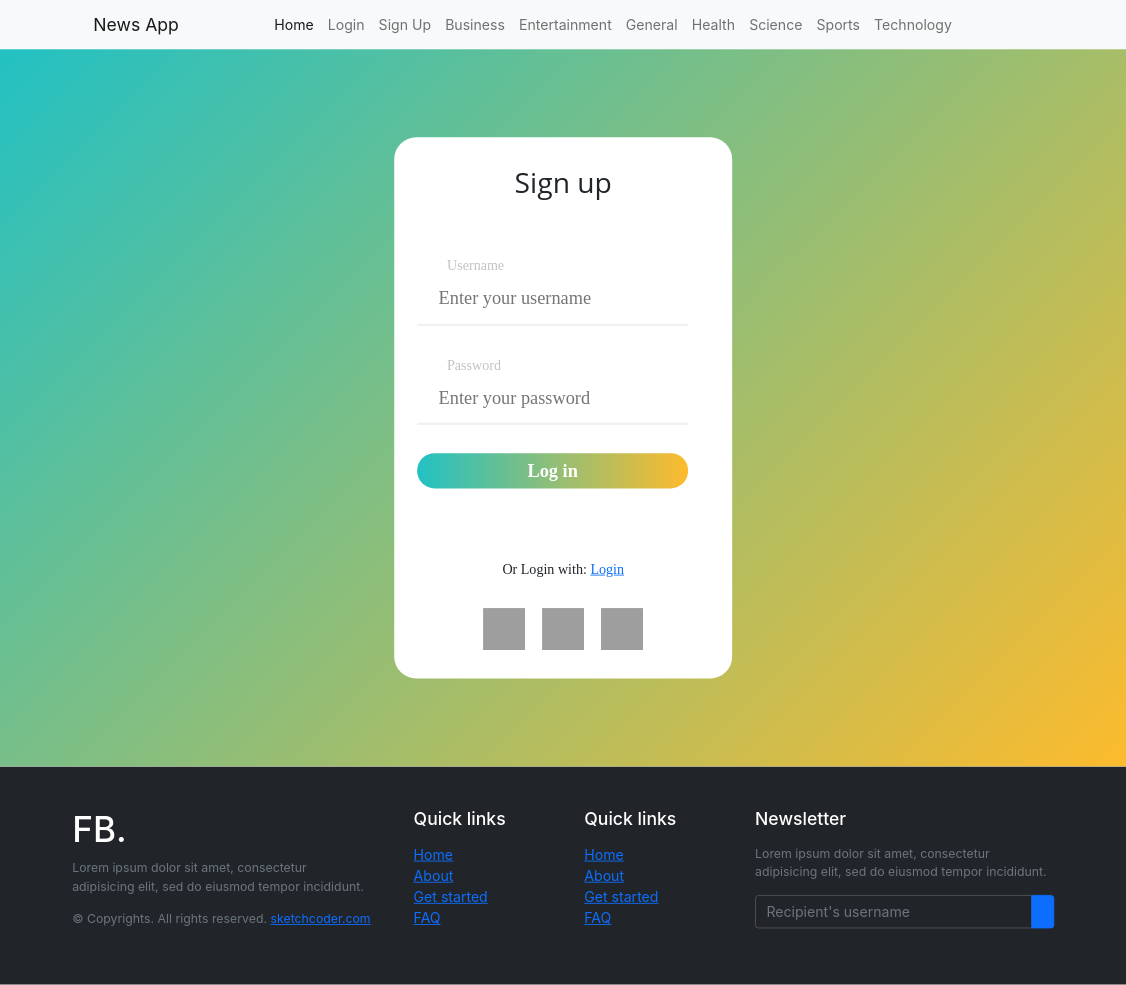
Repository: ZainAkbar51214/News-Site
Page: /sign-up
These files come from the project's save history. The page is drawn as it stood at one moment and after the next save; the edit follows.
The browser window is 1280 px wide. The pictures show the whole page, at 88% of full size.
Pictures or frames that could not be fetched are drawn as grey boxes. The project was rebuilt for these pictures with package versions that can differ from the ones it lists, and the page was loaded fresh each time. Also part of the build but not shown: src/Components/pages/Login.jsx, src/Components/Layouts/NewsItem.js, src/Components/Spinner.jsx, src/Components/Layouts/News.js.

Above is the page before, as saved 2023-12-18 03:57:50.

### public/index.html
<!DOCTYPE html>
<html lang="en">
  <head>
    <meta charset="utf-8" />
    <link rel="icon" href="%PUBLIC_URL%/favicon.ico" />
    <meta name="viewport" content="width=device-width, initial-scale=1" />
    <meta name="theme-color" content="#000000" />
    <meta
      name="description"
      content="Web site created using create-react-app"
    />
    <link rel="apple-touch-icon" href="%PUBLIC_URL%/logo192.png" />

    <link rel="manifest" href="%PUBLIC_URL%/manifest.json" />

    <title>News App</title>
    <!-- Bootstrap cdn -->
    <link href="https://cdn.jsdelivr.net/npm/bootstrap@5.0.2/dist/css/bootstrap.min.css" rel="stylesheet" integrity="sha384-EVSTQN3/azprG1Anm3QDgpJLIm9Nao0Yz1ztcQTwFspd3yD65VohhpuuCOmLASjC" crossorigin="anonymous">
  </head>
  <body>
    <noscript>You need to enable JavaScript to run this app.</noscript>
    <div id="root"></div>


    <!-- Bootstrap Script -->
    <script src="https://cdn.jsdelivr.net/npm/@popperjs/core@2.9.2/dist/umd/popper.min.js" integrity="sha384-IQsoLXl5PILFhosVNubq5LC7Qb9DXgDA9i+tQ8Zj3iwWAwPtgFTxbJ8NT4GN1R8p" crossorigin="anonymous"></script>
<script src="https://cdn.jsdelivr.net/npm/bootstrap@5.0.2/dist/js/bootstrap.min.js" integrity="sha384-cVKIPhGWiC2Al4u+LWgxfKTRIcfu0JTxR+EQDz/bgldoEyl4H0zUF0QKbrJ0EcQF" crossorigin="anonymous"></script>
  </body>
</html>

### src/App.js
import React from "react";
import {
  BrowserRouter as Router,
  Switch,
  Route
} from "react-router-dom";
import Navbar from './Components/Header/Navbar';
import Footer from './Components/Footer/Footer';
import Login from "./Components/pages/Login";
import SignUp from "./Components/pages/SignUp";
import News from "./Components/Layouts/News";

function App() {
  return (
    <Router>
      <Navbar />
        <Switch>
          <Route path="/" exact><News key="general" pageSize={5} country="in" category="general" /></Route>
          <Route path="/business" exact><News key="business" pageSize={5} country="in" category="business" /></Route>
          <Route path="/entertainment" exact><News key="entertainment" pageSize={5} country="in" category="entertainment" /></Route>
          <Route path="/health" exact><News key="health" pageSize={5} country="in" category="health" /></Route>
          <Route path="/science" exact><News key="science" pageSize={5} country="in" category="science" /></Route>
          <Route path="/sports" exact><News key="sports" pageSize={5} country="in" category="sports" /></Route>
          <Route path="/technology" exact><News key="technology" pageSize={5} country="in" category="technology" /></Route>
          <Route path="/login">
            <Login />
          </Route>
          <Route path="/sign-up">
            <SignUp />
          </Route>
        </Switch>
      <Footer />
  </Router>
  );
}

export default App;

### src/Components/Header/Navbar.jsx
import React, { Component } from 'react';
import { Link } from 'react-router-dom';

class Navbar extends Component {
    render() {
        return (
            <div>
                <div className="container-fluid bg-light">
                <div className="container">
                    <div className="row">
                        <div className="col-md-12">
                            <nav className="navbar navbar-expand-lg navbar-light">
                                <div className="container-fluid">
                                    <Link className="navbar-brand" to="/">News App</Link>
                                    <button className="navbar-toggler" type="button" data-bs-toggle="collapse" data-bs-target="#navbarSupportedContent" aria-controls="navbarSupportedContent" aria-expanded="false" aria-label="Toggle navigation">
                                        <span className="navbar-toggler-icon"></span>
                                    </button>
                                    <div className="collapse navbar-collapse" id="navbarSupportedContent">
                                        <ul className="navbar-nav mx-auto mb-2 mb-lg-0">
                                            <li className="nav-item">
                                                <Link className="nav-link active" aria-current="page" to="/">Home</Link>
                                            </li>
                                            <li className="nav-item">
                                                <Link className="nav-link" to="/login">Login</Link>
                                            </li>
                                            <li className="nav-item">
                                                <Link className="nav-link" to="/sign-up">Sign Up</Link>
                                            </li>
                                            <li className="nav-item">
                                                <Link className="nav-link" to="/business">Business</Link>
                                            </li>
                                            <li className="nav-item">
                                                <Link className="nav-link" to="/entertainment">Entertainment</Link>
                                            </li>
                                            <li className="nav-item">
                                                <Link className="nav-link" to="/">General</Link>
                                            </li>
                                            <li className="nav-item">
                                                <Link className="nav-link" to="/health">Health</Link>
                                            </li>
                                            <li className="nav-item">
                                                <Link className="nav-link" to="/science">Science</Link>
                                            </li>
                                            <li className="nav-item">
                                                <Link className="nav-link" to="/sports">Sports</Link>
                                            </li>
                                            <li className="nav-item">
                                                <Link className="nav-link" to="/technology">Technology</Link>
                                            </li>
                                        </ul>
                                    </div>
                                </div>
                            </nav>
                        </div>
                    </div>
                </div>
            </div>
            </div>
        );
    }
}

export default Navbar;

### src/Components/Footer/Footer.jsx
import React from "react";
import { Link } from "react-router-dom";
import '../Footer/Footer.css';

const Navbar = () => {
    return (
        <>
            <div className="d-flex flex-column h-100" style={{overflow: 'hidden'}}>
                {/* <!-- FOOTER --> */}
                <footer className="w-100 py-4 flex-shrink-0">
                    <div className="container py-4">
                        <div className="row gy-4 gx-5">
                            <div className="col-lg-4 col-md-6">
                                <h5 className="h1 text-white">FB.</h5>
                                <p className="small text-muted">Lorem ipsum dolor sit amet, consectetur adipisicing elit, sed do eiusmod tempor incididunt.</p>
                                <p className="small text-muted mb-0">&copy; Copyrights. All rights reserved. <Link className="text-primary" to="https://sketchcoder.com" target="_blank">sketchcoder.com</Link></p>
                            </div>
                            <div className="col-lg-2 col-md-6">
                                <h5 className="text-white mb-3">Quick links</h5>
                                <ul className="list-unstyled text-muted">
                                    <li><Link to="#">Home</Link></li>
                                    <li><Link to="#">About</Link></li>
                                    <li><Link to="#">Get started</Link></li>
                                    <li><Link to="#">FAQ</Link></li>
                                </ul>
                            </div>
                            <div className="col-lg-2 col-md-6">
                                <h5 className="text-white mb-3">Quick links</h5>
                                <ul className="list-unstyled text-muted">
                                    <li><Link to="#">Home</Link></li>
                                    <li><Link to="#">About</Link></li>
                                    <li><Link to="#">Get started</Link></li>
                                    <li><Link to="#">FAQ</Link></li>
                                </ul>
                            </div>
                            <div className="col-lg-4 col-md-6">
                                <h5 className="text-white mb-3">Newsletter</h5>
                                <p className="small text-muted">Lorem ipsum dolor sit amet, consectetur adipisicing elit, sed do eiusmod tempor incididunt.</p>
                                <form action="#">
                                    <div className="input-group mb-3">
                                        <input className="form-control" type="text" placeholder="Recipient's username" aria-label="Recipient's username" aria-describedby="button-addon2" />
                                        <button className="btn btn-primary" id="button-addon2" type="button"><i className="fas fa-paper-plane"></i></button>
                                    </div>
                                </form>
                            </div>
                        </div>
                    </div>
                </footer>
            </div>
        </>
    )
}

export default Navbar;

### src/Components/pages/SignUp.jsx
import React, { Component } from 'react';
import { Link } from 'react-router-dom';


class SignUp extends Component{
  render(){
    return(
      <div className='container-fluid bg-login'>
        <div id="loginform">
        <FormHeader title="Sign up" />
        <Form />
        <OtherMethods />
      </div>
      </div>
    )
  }
}

const FormHeader = props => (
    <h2 id="headerTitle">{props.title}</h2>
);


const Form = props => (
   <div>
     <FormInput description="Username" placeholder="Enter your username" type="text" />
     <FormInput description="Password" placeholder="Enter your password" type="password"/>
     <FormButton title="Log in"/>
   </div>
);

const FormButton = props => (
  <div id="button" className="row row-lab">
    <button>{props.title}</button>
  </div>
);

const FormInput = props => (
  <div className="row row-lab">
    <label>{props.description}</label>
    <input type={props.type} placeholder={props.placeholder}/>
  </div>
);

const OtherMethods = props => (
  <div id="alternativeLogin">
     <label>Or Login with: <Link to="/login">Login</Link></label>
    <div id="iconGroup">
      <Facebook />
      <Twitter />
      <Google />
    </div>
  </div>
);

const Facebook = props => (
  <a href="#" id="facebookIcon"></a>
);

const Twitter = props => (
  <a href="#" id="twitterIcon"></a>
);

const Google = props => (
  <a href="#" id="googleIcon"></a>
);



export default SignUp;

### src/Components/Footer/Footer.css
/* ==========================================
    FOR DEMO PURPOSE
  ========================================== */

  .text-small {
    font-size: 0.9rem;
  }

  .form-control {
    background: #212529;
    border-color: #545454;
  }

  .form-control:focus {
    background: #212529;
  }

  footer {
    background: #212529;
  }

### src/App.css
.App {
  text-align: center;
}

.App-logo {
  height: 40vmin;
  pointer-events: none;
}

@media (prefers-reduced-motion: no-preference) {
  .App-logo {
    animation: App-logo-spin infinite 20s linear;
  }
}

.App-header {
  background-color: #282c34;
  min-height: 100vh;
  display: flex;
  flex-direction: column;
  align-items: center;
  justify-content: center;
  font-size: calc(10px + 2vmin);
  color: white;
}

.App-link {
  color: #61dafb;
}

@keyframes App-logo-spin {
  from {
    transform: rotate(0deg);
  }
  to {
    transform: rotate(360deg);
  }
}

/* Login Css */
.bg-login{
  background: rgb(34,193,195);
  background: linear-gradient(135deg, rgba(34,193,195,1) 0%,     rgba(253,187,45,1) 100%);
  font-family: "work sans";
  padding: 100px 0;
  display: flex;
  justify-content: center;
}
#loginform{
  max-width: 500px;
  min-width: 300px;
  max-height: 700px;
  width: 30%;
  height: 60%;
  background-color: #FFFFFF;
  border-radius: 25px;
}

#headerTitle{
  text-align: center;
  font-family: 'open sans', sans-serif;
  padding: 2rem 0;
  margin: 0;
  font-size: 2rem;
}

.row-lab{
  display: flex;
  flex-direction: column;
  align-items: center;
  padding-top: 2rem;
  max-width: 100%;

}

.row-lab input{
  width: 80%;
  box-sizing: border-box;
	border: none;
  font-size: 1.3rem;
  padding-left: 1.5rem;
  padding-bottom: 1rem;
  box-shadow: inset 0px -3px 0px 0px rgba(187,187,187,0.2);
  transition: box-shadow 0.2s ease-in;
}

.row-lab input:focus{
   box-shadow: inset 0px -3px 0px 0px rgba(34,193,195,0.7);
   outline: none;
}

.row-lab input::-webkit-input-placeholder{
  opacity: 1;
  transition: opacity 0.25s ease-out;
}

.row-lab input:hover::-webkit-input-placeholder,
.row-lab input:focus::-webkit-input-placeholder{
  opacity: 0;
}

.row-lab label{
  align-self: start;
  padding-left: 4.5rem;
  padding-bottom: 0.5rem;
  color: rgba(187,187,187,0.9);
}

.row-lab button{
  border-radius: 25px;
  width: 80%;
  height: 40px;
  font-size: 1.3rem;
  color: white;
  font-weight: 700;
  background: rgb(34,193,195);
  background: linear-gradient(90deg, rgba(34,193,195,1) 0%,     rgba(253,187,45,1) 100%);
  border: 0px;
  cursor: pointer;
  transition: opacity 0.25s ease-out;
}

.row-lab button:hover{
  opacity: 0.8;
}

#button{
  padding-bottom: 1.5rem;
}

#facebookIcon{
  background-image:      url("https://image.flaticon.com/icons/svg/145/145802.svg");
  background-repeat: no-repeat;
  width: 3rem;
  height: 3rem;
}

#twitterIcon{
  background-image: url("https://image.flaticon.com/icons/svg/145/145812.svg");
  background-repeat: no-repeat;
  width: 3rem;
  height: 3rem;
}

#googleIcon{
  background-image: url("https://image.flaticon.com/icons/svg/145/145804.svg");
  background-repeat: no-repeat;
  width: 3rem;
  height: 3rem;
}

#iconGroup{
  display: flex;
  justify-content: center;
  padding: 2rem 0;
}

#iconGroup a{
  margin: 0 0.6rem;
}

#alternativeLogin {
   text-align: center;
   padding-top: 2rem;
   margin-top: 1.5rem;
}

Loaded but not shown: src/index.js (common file); src/index.css (common file); src/reportWebVitals.js (common file)

After the next save:
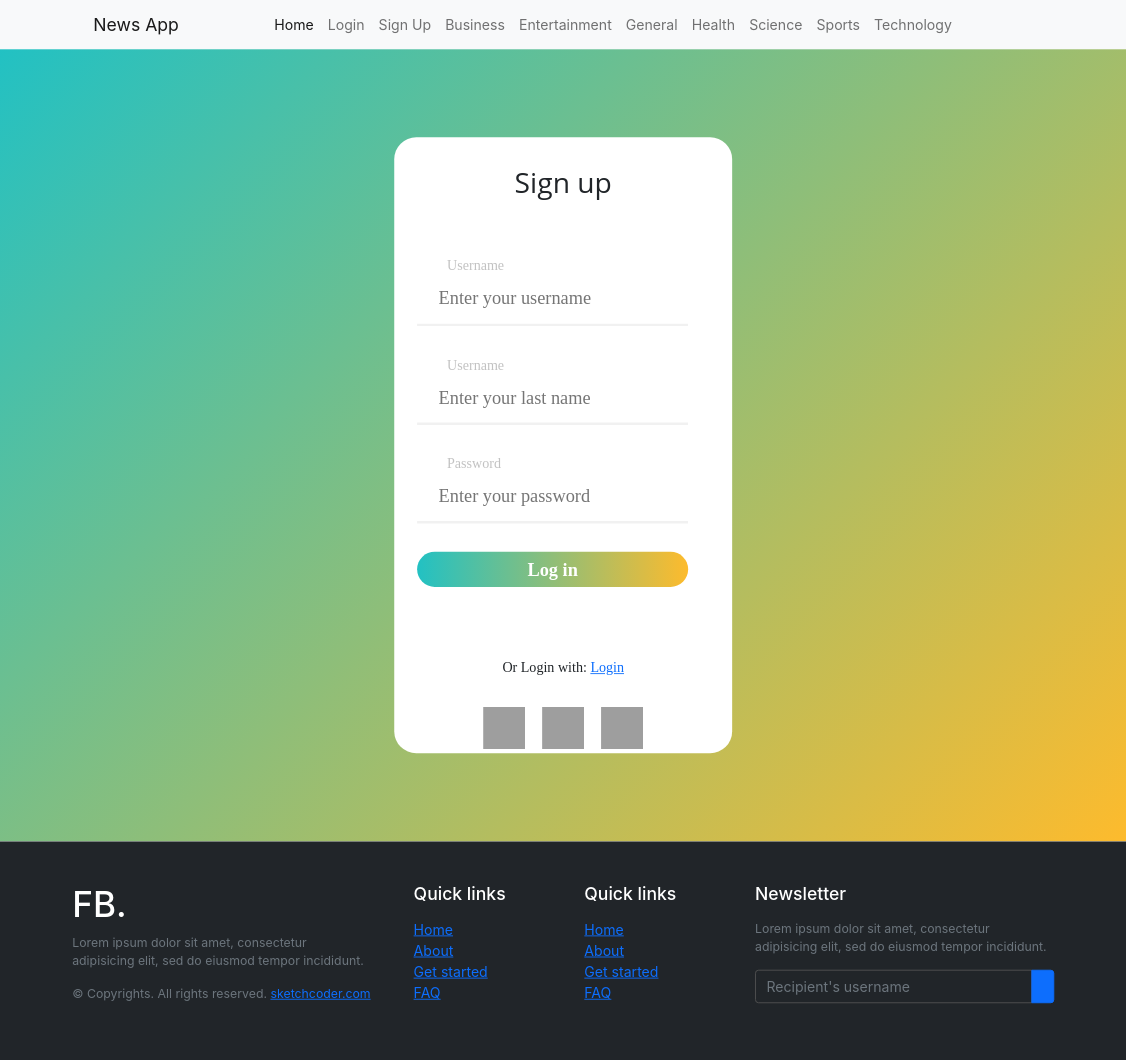
Saved 60 s later.
--- a/src/Components/pages/SignUp.jsx
+++ b/src/Components/pages/SignUp.jsx
@@ -24,6 +24,7 @@ const FormHeader = props => (
 const Form = props => (
    <div>
      <FormInput description="Username" placeholder="Enter your username" type="text" />
+     <FormInput description="Username" placeholder="Enter your last name" type="text" />
      <FormInput description="Password" placeholder="Enter your password" type="password"/>
      <FormButton title="Log in"/>
    </div>
